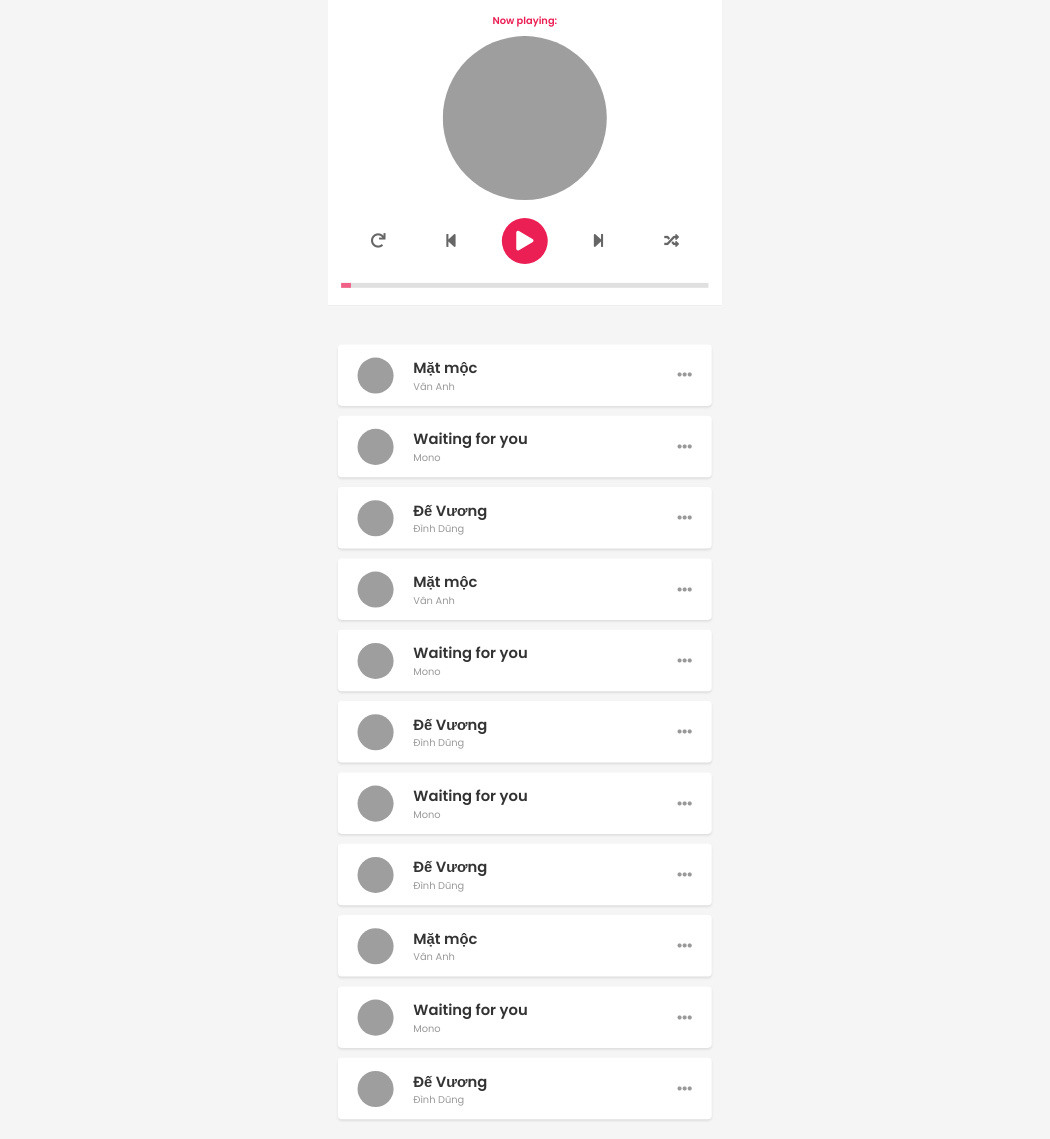
Repository: Tbs-Giang-Luong/app_music_ver1
Page: index.html
These files come from the project's save history. The page is drawn as it stood at one moment and after the next save; the edit follows.
The browser window is 1280 px wide. The pictures show the whole page, at 82% of full size.
Pictures or frames that could not be fetched are drawn as grey boxes.

Above is the page before, as saved 2022-10-20 15:54:24.

After the next save:
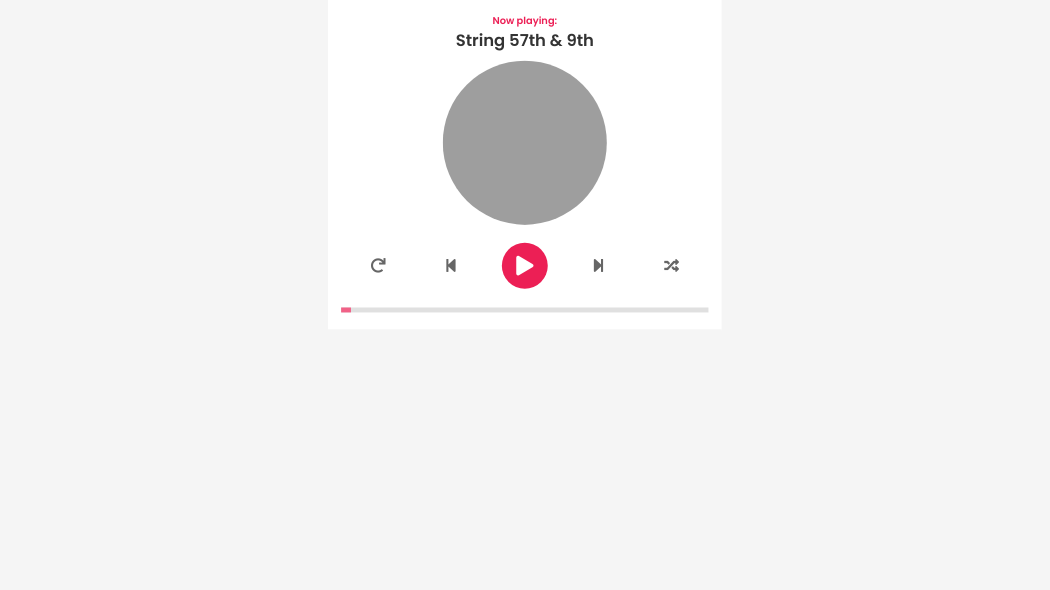
Console error: SyntaxError: missing ) after argument list
Saved 2 min 39 s later.
--- a/main.js
+++ b/main.js
@@ -3,6 +3,7 @@
 const $ = document.querySelector.bind(document);
 const $$ = document.querySelectorAll.bind(document);
 
+const player = $(''.player')
 const playlist = $(".playlist");
 const cd = $(".cd");
 const heading = $("header h2");

After the save that followed:
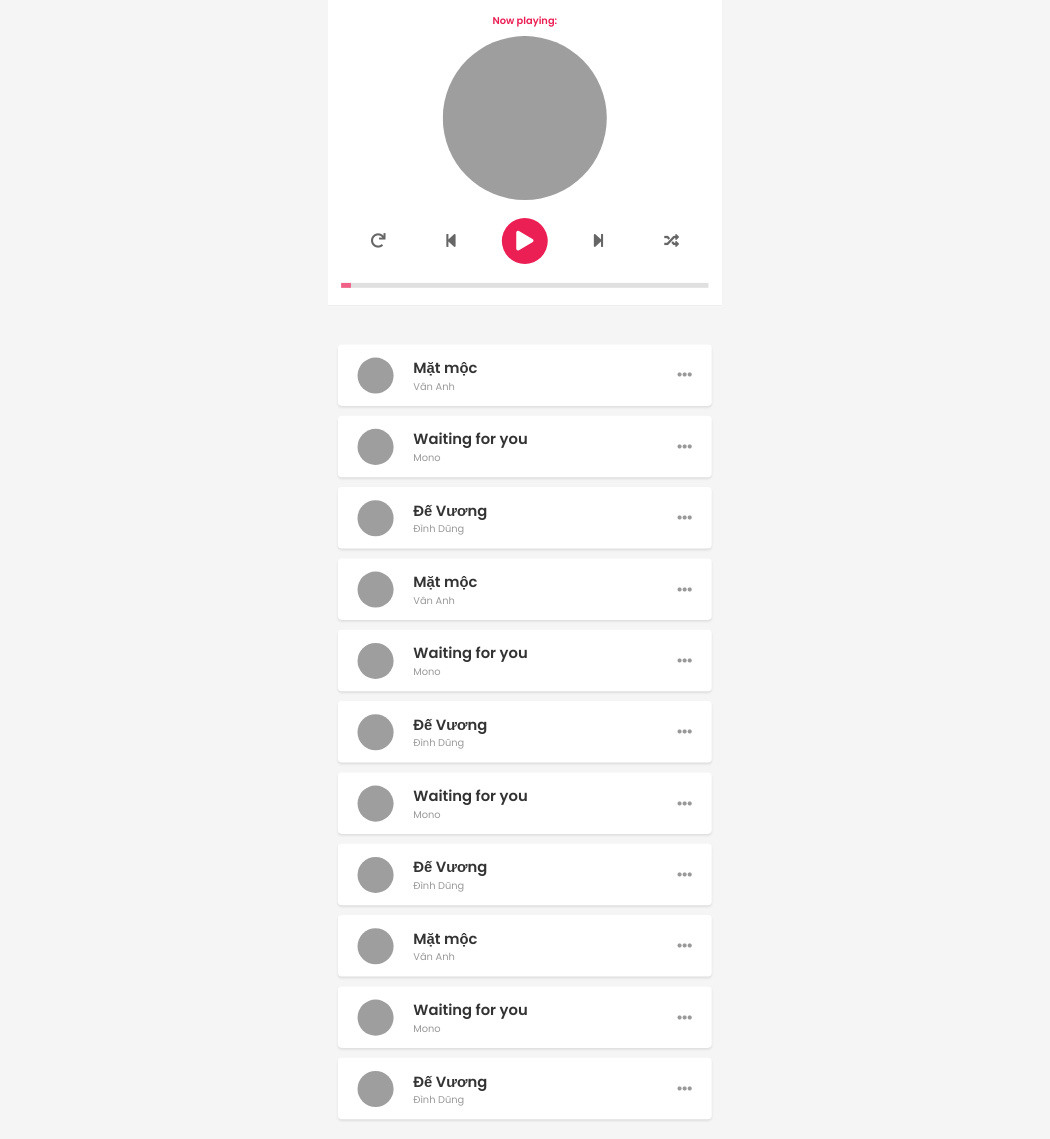
The error is gone.
Saved 8 s later.
--- a/main.js
+++ b/main.js
@@ -3,7 +3,7 @@
 const $ = document.querySelector.bind(document);
 const $$ = document.querySelectorAll.bind(document);
 
-const player = $(''.player')
+const player = $('.player');
 const playlist = $(".playlist");
 const cd = $(".cd");
 const heading = $("header h2");
